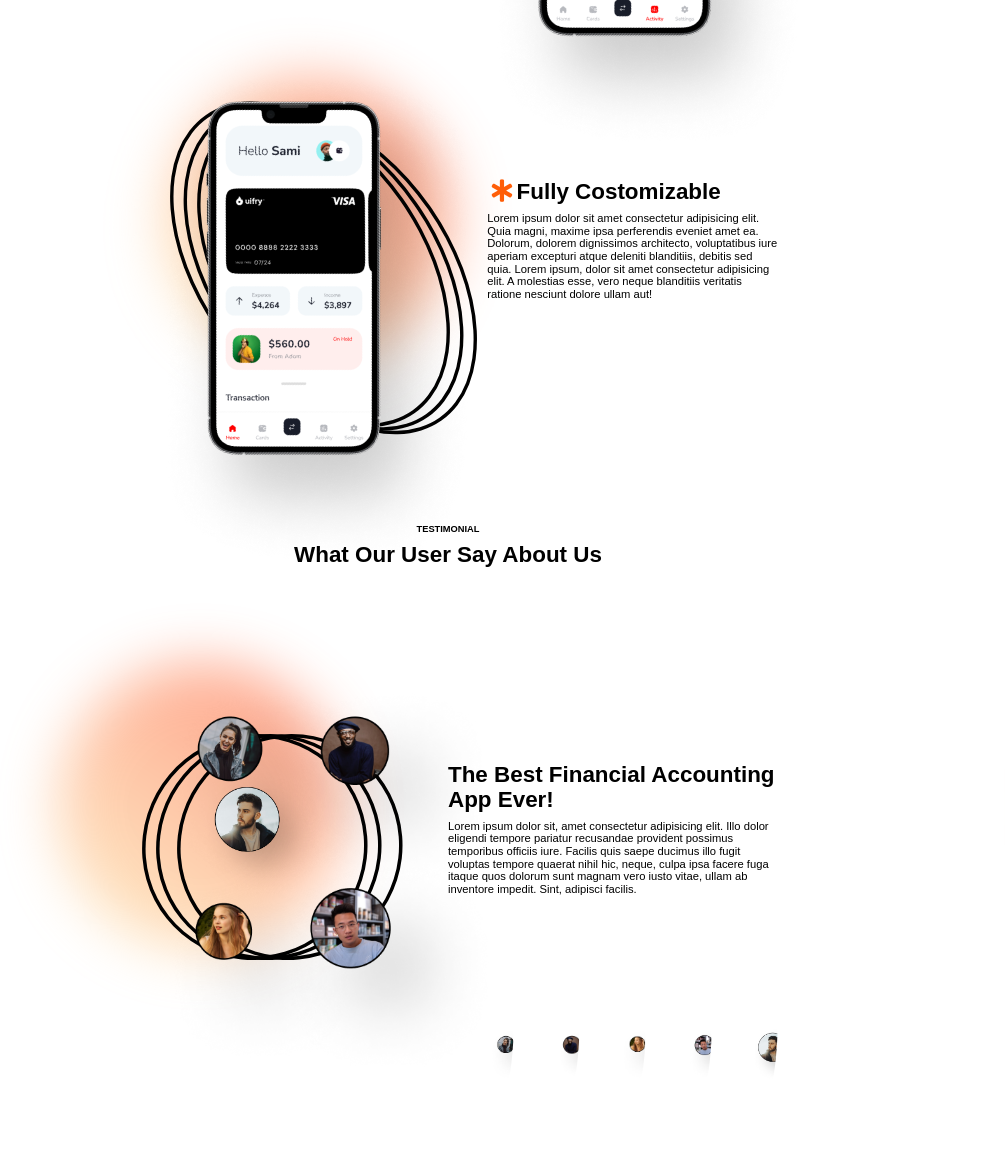
Repository: sakshambansal7/Uifry
Page: index.html
These files come from the project's save history. The page is drawn as it stood at one moment and after the next save; the edit follows.
The browser window is 1280 px wide. The page is 1435 px wide, so the pictures cover 1435 px, including what lies to the right of the window. The pictures show the part of the page from y = 1879 to 3599 px (the page is 3527 px tall before and 3599 px after), at 70% of full size.
Some web libraries are served in a nearby version.

Above is the page before, as saved 2024-06-12 22:35:15.

### index.html
<!DOCTYPE html>
<html lang="en">
  <head>
    <meta charset="UTF-8" />
    <meta name="viewport" content="width=device-width, initial-scale=1.0" />
    <title>uifry.com</title>
    <link rel="stylesheet" href="style.css" />
    <link rel="stylesheet" href="https://cdnjs.cloudflare.com/ajax/libs/font-awesome/6.1.1/css/all.min.css">

  </head>
  <body>
    <nav class="navbar">
      <div>
        <img class="logo" src="./images/logo.png" alt="img" />
      </div>
      <div class="nav">
        <div><a href="#" class="nav__link active">Home </a></div>
        <div><a href="#" class="nav__link">About Us</a></div>
        <div><a href="#" class="nav__link">Pricing</a></div>
        <div><a href="#" class="nav__link">features</a></div>
      </div>
      <div class="download">
        <button class="button">Download</button>
      </div>
    </nav>
    <div class="part1 ">
      <div class="left">
        <div class="bg-shape1"></div>
        <h1>Make The Best Financial Decisions</h1>
        <div class="bg-shape1 position-1"></div> <!-- Duplicate for top and bottom -->
        <p>Lorem ipsum dolor sit amet consectetur, adipisicing elit. Fuga dolorem esse natus repellat modi, mollitia voluptates est.</p>
        <div class="cta-buttons">
          <button class="get-started-btn">Get Started <i class="fa-solid fa-arrow-right"></i></button>
          <button class="watch-video-btn"> <i class="fa-solid fa-circle-play"></i>Watch Video</button>
        </div>
      </div>

      <div class="right">
        <div class="bg-shape2"></div>
        <div class="elipse-common elipse"></div>
        <div class="elipse-common elipse1"></div>
        <div class="elipse-common elipse2"></div>

        <img class="image1" src="./images/iphone.png" alt="Mobile App Mockup" />
        <img class="image2" src="./images/igraph.png" alt="Mobile App Mockup" />
        <img class="image3" src="./images/iphone.png" alt="Mobile App Mockup" />
      </div>

    </div>
    <div class="part2">
      <div class="left">
        <div class="bg-shape2"></div>
        <div class="elipse-common elipse3"></div>
        <div class="elipse-common elipse4"></div>
        <div class="elipse-common elipse5"></div>

        <img class="image1" src="./images/iphone.png" alt="Mobile App Mockup" />

      </div>
      <div class="right">
        <h4>FEATURES</h4>
        <H1>Uifry Premium</H1>
        <h3><i class="fa-regular fa-star custom-color"></i> Budgeting intervals</h3>
        <p>Lorem ipsum dolor sit amet consectetur, adipisicing elit. Fuga dolorem esse natus repellat modi, mollitia voluptates est.</p>
        <h3> <i class="fa-solid fa-gear custom-color"></i> Budgeting intervals</h3>
        <p>Lorem ipsum dolor sit amet consectetur, adipisicing elit. Fuga dolorem esse natus repellat modi, mollitia voluptates est.</p>
        <h3><i class="fa-solid fa-star-of-life custom-color"></i>Budgeting intervals</h3>
        <p>Lorem ipsum dolor sit amet consectetur, adipisicing elit. Fuga dolorem esse natus repellat modi, mollitia voluptates est.</p>

      </div>
    </div>
    <div class="part3">
      <div class="left">
        <h4>ADVANTAGES</h4>
        <H1> Why Choose Uifry ?</H1>
        <h3><i class="fa-solid fa-bell custom-color"></i>Clever notificAations</h3>
        <p>Lorem ipsum dolor sit amet consectetur, adipisicing elit. Fuga dolorem esse natus repellat modi, mollitia voluptates est. Lorem ipsum dolor sit amet consectetur adipisicing elit. Perspiciatis expedita accusantium obcaecati dicta debitis optio quibusdam animi assumenda sit commodi?</p>

      </div>
      <div class="right">
        <div class="bg-shape2"></div>
        <div class="elipse-common elipse3"></div>
        <div class="elipse-common elipse4"></div>
        <div class="elipse-common elipse5"></div>
        <img src="./images/igraph.png" alt="img">
      </div>
    </div>
    <div class="part4">
      <div class="left">
        <div class="bg-shape2"></div>
        <div class="elipse-common elipse3"></div>
        <div class="elipse-common elipse4"></div>
        <div class="elipse-common elipse5"></div>
        <img src="./images/iphone.png" alt="img">
      </div>
      <div class="right">
        <h1><i class="fa-solid fa-star-of-life custom-color "></i>Fully Costomizable</h1>
        <p>Lorem ipsum dolor sit amet consectetur adipisicing elit. Quia magni, maxime ipsa perferendis eveniet amet ea. Dolorum, dolorem dignissimos architecto, voluptatibus iure aperiam excepturi atque deleniti blanditiis, debitis sed quia. Lorem ipsum, dolor sit amet consectetur adipisicing elit. A molestias esse, vero neque blanditiis veritatis ratione nesciunt dolore ullam aut!</p>
      </div>
    </div>
    <div class="parent-container">
      <h5>TESTIMONIAL</h5>
      <h1>What Our User Say About Us</h1>
  </div>

    <div class="part5">
      <div class="left">
        <div class="bg-shape2"></div>
        <div class="elipse-common elipse6"></div>
        <div class="elipse-common elipse7"></div>
        <div class="elipse-common elipse8"></div>

        <div class="img1 "><img src="./images/1.png" alt="img"></div>
        <div class="img2 "><img src="./images/2.png" alt="img"></div>
        <div class="img3 "><img src="./images/3.png" alt="img"></div>
        <div class="img4 "><img src="./images/4.png" alt="img"></div>
        <div class="main "><img src="./images/main.png" alt="img"></div>

      </div>
      <div class="right">
        <h1>The Best Financial Accounting App Ever!</h1>
        <p>Lorem ipsum dolor sit, amet consectetur adipisicing elit. Illo dolor eligendi tempore pariatur recusandae provident possimus temporibus officiis iure. Facilis quis saepe ducimus illo fugit voluptas tempore quaerat nihil hic, neque, culpa ipsa facere fuga itaque quos dolorum sunt magnam vero iusto vitae, ullam ab inventore impedit. Sint, adipisci facilis.</p>

        <div class="images">
          <div class="img"><img src="./images/1.png" alt="img"></div>
          <div class="img"><img src="./images/2.png" alt="img"></div>
          <div class="img"><img src="./images/3.png" alt="img"></div>
          <div class="img"><img src="./images/4.png" alt="img"></div>
          <div class="img"><img src="./images/main.png" alt="img"></div>
        </div>
      </div>

    </div>
  </body>
  <script src="script.js"></script>
</html>

### style.css

*{
    margin: 0px;
    padding: 5px;

}
body {
  margin-left: 20vh;
  margin-right: 20vh;
  font-family: Arial, sans-serif;
  background: #fff;
  color: #000000;
  justify-content: center;
  box-sizing: border-box;
}

  /* navbar */
.logo {
  width: 120px;
}


.navbar{
  display: flex;
  justify-content: flex-start;

}
.nav{
  padding-top: 10px;
  display: flex;
  justify-content: center;

}
nav  {
  display: inline;
}

nav a {
  text-decoration: none;
  color: #333;
  font-weight: bold;
}


.button {
  width: 160px;
  height: 40px;
  border-radius: 3px;
  background-color: #000000;
  color: #fff;
  padding: 10px 20px;
  cursor: pointer;
  border: none;
  font-weight: bold;
  margin-left: 40vh;
}
.download{

  padding-top: 10px;
}


.nav__link {
    display: block;
    padding: .3125rem 1.5rem;
    text-transform: uppercase;
  }

  .nav__link.active  {

    color: #FF5E08;
  }

  /* part-1 */

  .part1 {
    height: 85vh;
    display: inline-flex;
        justify-content: space-between;
        top: 50px !important;
        inset: 0;


    padding: 60px 40px;
}

/* .absolute{
  position: absolute;
  inset: 0;
  justify-content: center;
  display: inline-flex;
  flex-direction: row;
} */
.left {
  max-width: 50%;
}

.part1 h1 {
  font-size: 3em;
  margin: 0 0 20px;
}

.part1 p {
  font-size: 1.2em;
  margin: 0 0 40px;
}

.cta-buttons {
  display: flex;
  gap: 20px;
}

.get-started-btn,
.watch-video-btn {
  background: #000;
  color: #fff;
  padding: 15px 30px;
  border: none;
  cursor: pointer;
  font-size: 1em;
  font-weight: bold;
}

.watch-video-btn {
  color: #000000;

  background: transparent;
}

.right {
  max-width: 50%;
  position: relative; /* Add position relative to use as a reference for absolute positioning */
}

.right .image1{

  position: absolute;
  z-index: 3;
  width: 100%;
  padding-left: 0px;



}
.right .image2 {
  position: absolute;
  padding-top: 50px;
  padding-left: 100px;


  z-index: 2;
  max-width: 100%;
}
.right .image3 {


  padding-top: 100px;
  padding-left: 200px;
  z-index: 1;
  max-width: 100%;
}
/* background-effect */


.justify-center{
  justify-content: center;
}

/* background-effect */
.left {
  max-width: 50%;
  position: relative; /* Add this line */
}

.bg-shape1 {
  width: 400px;
  height: 400px;
  border-radius: 9999px;
  position: absolute; /* Change to absolute for proper positioning */
  top: 0px; /* Positioning adjustments */
  left: 50%; /* Positioning adjustments */
  transform: translateX(-50%); /* Center the shape horizontally */
  z-index: -1; /* Ensure it's behind the text */
  background: linear-gradient(35deg,  #FDE598,#ff3508); /* Dual color gradient */
  opacity: 0.5; /* Adjust as necessary */
  filter: blur(40px);

}

.bg-shape2 {
  width: 400px;
  height: 400px;
  border-radius: 9999px;
  position: absolute; /* Change to absolute for proper positioning */
  top: 50px; /* Positioning adjustments */
  left: 50%; /* Positioning adjustments */
  transform: translateX(-50%); /* Center the shape horizontally */
  z-index: -1; /* Ensure it's behind the text */
  background: linear-gradient(35deg,  #FDE598,#ff3508); /* Dual color gradient */
  opacity: 0.5; /* Adjust as necessary */
  filter: blur(40px);

}

  /* circular shape */

  .elipse-common {

    background: none;
    border-radius: 50%;
    -ms-transform: rotate(40deg);  /* IE 9 */
    -webkit-transform: rotate(40deg);  /* Safari */
    transform: rotate(40deg);
    position: absolute;
    top: 150px;
    border: 5px solid black;
    z-index: -1; /* Ensure it's behind the text */
}

.elipse {
  width: 700px;
  height: 305px;
    left: 45px;

}

.elipse1 {
  width: 700px;
  height: 305px;
    left: 25px;
}

.elipse2 {
  width: 700px;
  height: 305px;
    left: 5px;
}
.elipse3 {
  width: 500px;
  height: 305px;
    left: 45px;

}

.elipse4 {
  width: 500px;
  height: 305px;
    left: 25px;
}

.elipse5 {
  width: 500px;
  height: 305px;
    left: 5px;
}


.part2{
  display: flex;
  height: 85vh;
}

  .part2 .left .image1{
    transform: rotate(15deg);
  }

  .part2 .right{
    margin-top: 20vh;

  }
  .part2 .right h3 h1{
    font-weight: 900; /* 400 is normal, 700 is bold */
  }
  .part2 .right h4{
    color: #FF5E08;
  }
  .custom-color {
    color: #FF5E08;
}

.part3{
  display: flex;
  align-items: center;
  justify-content: center;
  height: 80vh;



}
.part3 .left h4{
  color: #FF5E08;

}
.part3 .left p{
 font-weight: 100;

}
.part3 .right img{
  transform: rotate(15deg);

}


.part4{
  gap: 5vh;
  display: flex;
  align-items: center;
  justify-content: center;
  height: 80vh;

}


.part4  .left{
  transform: rotate(15deg);


}
.part4 .right{
  padding-bottom: 30vh;
}



.elipse6 {
  width: 300px;
  height: 305px;
    left: 65px;



}

.elipse7 {
  width: 300px;
  height: 305px;
    left: 45px;
}

.elipse8 {
  width: 300px;
  height: 305px;
    left: 95px;
}

.parent-container {
  text-align: center;
}

.part5{
  margin-top: 10vh;
  display: flex;
  gap: 30vh;
  position: relative;


}


.part5  img {
  position: relative;
  top: 50px;
  left: 50px;
}
.part5  .img1{
  position: absolute;
  top: 1vh;
  left: .1h;
  z-index: 4;



}
.part5  .img2{
  position: absolute;
  top: 1vh;
  left: 25vh;
  z-index: 5;

}
.part5  .img3{
  position: absolute;
  top: 38vh;
  left: .1vh;
  z-index: 3;


}
.part5  .img4{
  position: absolute;
  top: 35vh;
  left: 23vh;
  z-index: 2;


}
.part5 .main {
  position: relative;
  top: 19vh;
  left: 8vh;
  z-index: 1;

}

/* Adjust the size of the image within the .main div */
.part5 .main img {
  width: 80%; /* Decrease the width to 50% of its original size */
  height: auto; /* Maintain aspect ratio */
}


.part5 .right{
  margin-top:25vh ;
}
.images{
  display: flex;
  align-items: center;
  justify-content: center;
}

.images .img {
  display: flex;
  align-items: center;
  justify-content: center;
  width: 25vh;
  height: 45vh;
  border-radius: 50%;
  overflow: hidden; /* Ensure the images fit within the circular divs */

}

.images .img img {
  width: 100%;
  height: 100%;
  object-fit: contain;
}

### script.js
document.addEventListener('DOMContentLoaded', function() {
    const selector = '.nav__link';
    const elems = Array.from( document.querySelectorAll( selector ) );
    const navigation = document.querySelector( 'nav' );

    function makeActive( evt ) {
      const target = evt.target;

      if ( !target || !target.matches( selector ) ) {
        return;
      }

      elems.forEach( elem => elem.classList.remove( 'active' ) );

        evt.target.classList.add( 'active' );
    };

    navigation.addEventListener( 'mousedown', makeActive );

    } );

After the next save:
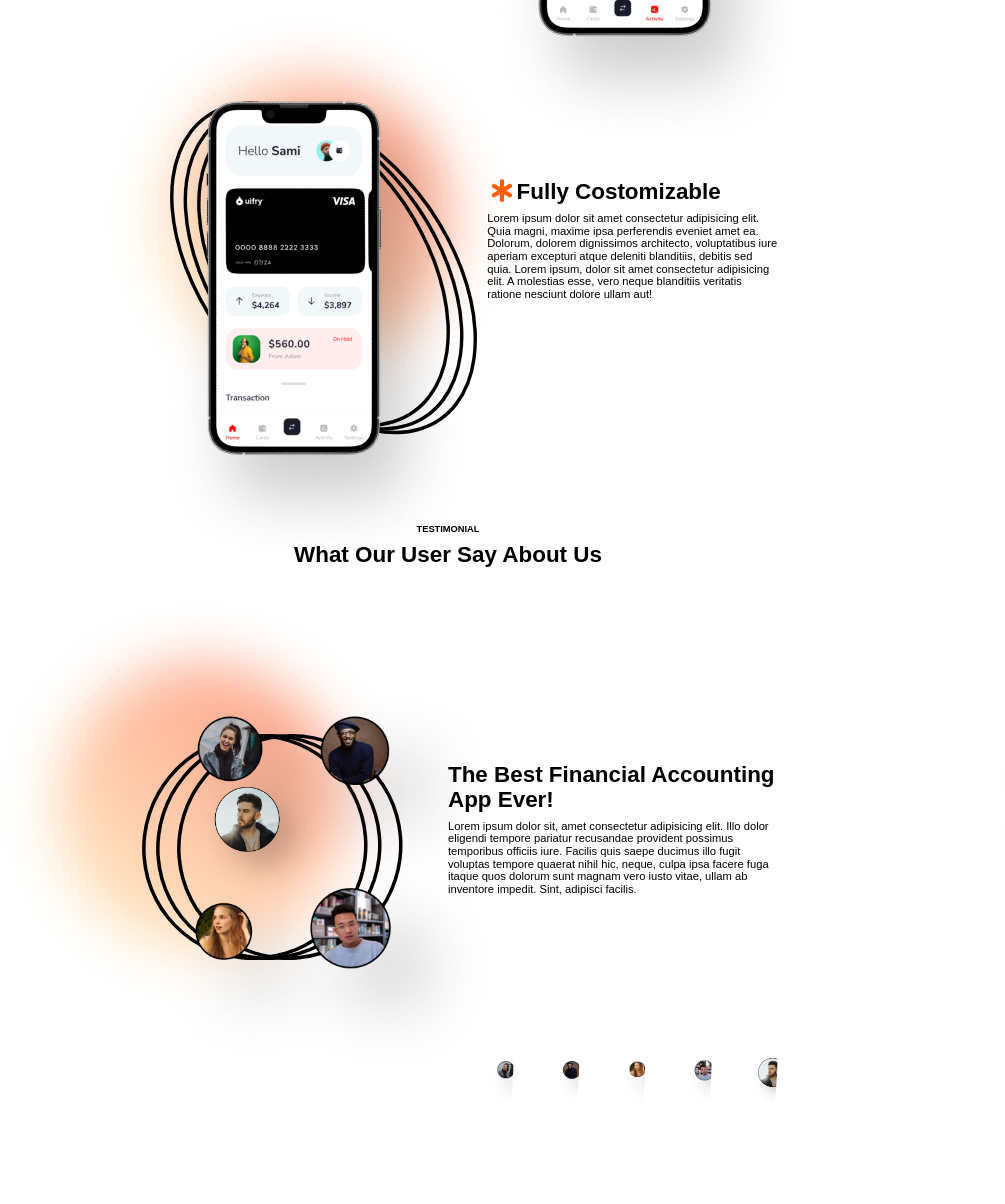
Saved 9 s later.
--- a/style.css
+++ b/style.css
@@ -423,7 +423,7 @@ nav a {
   align-items: center;
   justify-content: center;
   width: 25vh;
-  height: 45vh;
+  height: 55vh;
   border-radius: 50%;
   overflow: hidden; /* Ensure the images fit within the circular divs */
 
